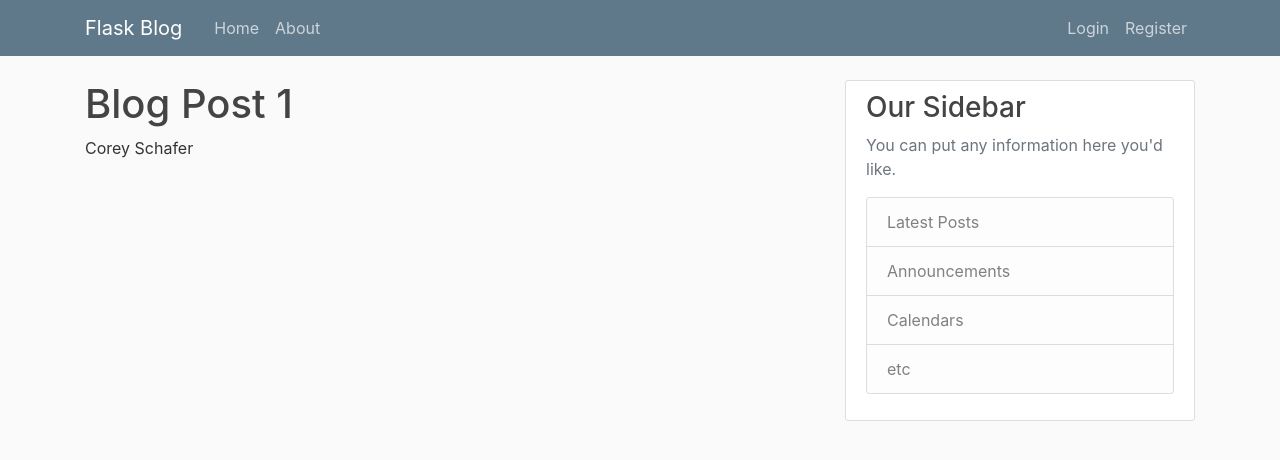
Repository: khanhdk0000/first_proj
Page: http://localhost/about?my_var=ecommerce
An editor plug-in stored every save of this project. The page is shown before and after the next save, followed by the edit.
The browser window is 1280 px wide. The pictures show the whole page.
Some web libraries are served in a nearby version. The page is served by the project's application, run on Flask 3 (flaskblog.py).

Above is the page before, as saved 2021-05-25 09:36:41.

### templates/about.html
{% extends "layout.html" %}
{% block content %}
        <h1>{{posts[0].title}}</h1>
        <p>{{ posts[0].author }}</p>
{% endblock content %}

### templates/layout.html
<!DOCTYPE html>
<html>
<head>
    <!-- Required meta tags -->
    <meta charset="utf-8">
    <meta name="viewport" content="width=device-width, initial-scale=1, shrink-to-fit=no">

    <!-- Bootstrap CSS -->
    <link rel="stylesheet" href="https://maxcdn.bootstrapcdn.com/bootstrap/4.0.0/css/bootstrap.min.css" integrity="sha384-Gn5384xqQ1aoWXA+058RXPxPg6fy4IWvTNh0E263XmFcJlSAwiGgFAW/dAiS6JXm" crossorigin="anonymous">

    <link rel="stylesheet" type="text/css" href="{{ url_for('static', filename='main.css') }}">

    {% if title %}
        <title>Flask Blog - {{ title }}</title>
    {% else %}
        <title>Flask Blog</title>
    {% endif %}
</head>
<body>
    <header class="site-header">
      <nav class="navbar navbar-expand-md navbar-dark bg-steel fixed-top">
        <div class="container">
          <a class="navbar-brand mr-4" href="/">Flask Blog</a>
          <button class="navbar-toggler" type="button" data-toggle="collapse" data-target="#navbarToggle" aria-controls="navbarToggle" aria-expanded="false" aria-label="Toggle navigation">
            <span class="navbar-toggler-icon"></span>
          </button>
          <div class="collapse navbar-collapse" id="navbarToggle">
            <div class="navbar-nav mr-auto">
              <a class="nav-item nav-link" href="/">Home</a>
              <a class="nav-item nav-link" href="/about">About</a>
            </div>
            <!-- Navbar Right Side -->
            <div class="navbar-nav">
              <a class="nav-item nav-link" href="/login">Login</a>
              <a class="nav-item nav-link" href="/register">Register</a>
            </div>
          </div>
        </div>
      </nav>
    </header>
    <main role="main" class="container">
      <div class="row">
        <div class="col-md-8">
          {% block content %}{% endblock %}
        </div>
        <div class="col-md-4">
          <div class="content-section">
            <h3>Our Sidebar</h3>
            <p class='text-muted'>You can put any information here you'd like.
              <ul class="list-group">
                <li class="list-group-item list-group-item-light">Latest Posts</li>
                <li class="list-group-item list-group-item-light">Announcements</li>
                <li class="list-group-item list-group-item-light">Calendars</li>
                <li class="list-group-item list-group-item-light">etc</li>
              </ul>
            </p>
          </div>
        </div>
      </div>
    </main>


    <!-- Optional JavaScript -->
    <!-- jQuery first, then Popper.js, then Bootstrap JS -->
    <script src="https://code.jquery.com/jquery-3.2.1.slim.min.js" integrity="sha384-KJ3o2DKtIkvYIK3UENzmM7KCkRr/rE9/Qpg6aAZGJwFDMVNA/GpGFF93hXpG5KkN" crossorigin="anonymous"></script>
    <script src="https://cdnjs.cloudflare.com/ajax/libs/popper.js/1.12.9/umd/popper.min.js" integrity="sha384-ApNbgh9B+Y1QKtv3Rn7W3mgPxhU9K/ScQsAP7hUibX39j7fakFPskvXusvfa0b4Q" crossorigin="anonymous"></script>
    <script src="https://maxcdn.bootstrapcdn.com/bootstrap/4.0.0/js/bootstrap.min.js" integrity="sha384-JZR6Spejh4U02d8jOt6vLEHfe/JQGiRRSQQxSfFWpi1MquVdAyjUar5+76PVCmYl" crossorigin="anonymous"></script>
</body>
</html>

### flaskblog.py
from flask import Flask, render_template, url_for
app = Flask(__name__)


posts = [
    {
        'author': 'Corey Schafer',
        'title': 'Blog Post 1',
        'content': 'First post content',
        'date_posted': 'April 20, 2018'
    },
    {
        'author': 'Jane Doe',
        'title': 'Blog Post 2',
        'content': 'Second post content',
        'date_posted': 'April 21, 2018'
    }
]

@app.route('/')
@app.route('/home')
def hello_world():
    return render_template('home.html', posts=posts, title='Hey')

@app.route('/about')
def about():
    return render_template('about.html', posts=posts)

if __name__ == '__main__':
    app.run(debug=True)

### static/main.css
body {
    background: #fafafa;
    color: #333333;
    margin-top: 5rem;
  }

  h1, h2, h3, h4, h5, h6 {
    color: #444444;
  }

  .bg-steel {
    background-color: #5f788a;
  }

  .site-header .navbar-nav .nav-link {
    color: #cbd5db;
  }

  .site-header .navbar-nav .nav-link:hover {
    color: #ffffff;
  }

  .site-header .navbar-nav .nav-link.active {
    font-weight: 500;
  }

  .content-section {
    background: #ffffff;
    padding: 10px 20px;
    border: 1px solid #dddddd;
    border-radius: 3px;
    margin-bottom: 20px;
  }

  .article-title {
    color: #444444;
  }

  a.article-title:hover {
    color: #428bca;
    text-decoration: none;
  }

  .article-content {
    white-space: pre-line;
  }

  .article-img {
    height: 65px;
    width: 65px;
    margin-right: 16px;
  }

  .article-metadata {
    padding-bottom: 1px;
    margin-bottom: 4px;
    border-bottom: 1px solid #e3e3e3
  }

  .article-metadata a:hover {
    color: #333;
    text-decoration: none;
  }

  .article-svg {
    width: 25px;
    height: 25px;
    vertical-align: middle;
  }

  .account-img {
    height: 125px;
    width: 125px;
    margin-right: 20px;
    margin-bottom: 16px;
  }

  .account-heading {
    font-size: 2.5rem;
  }

After the next save:
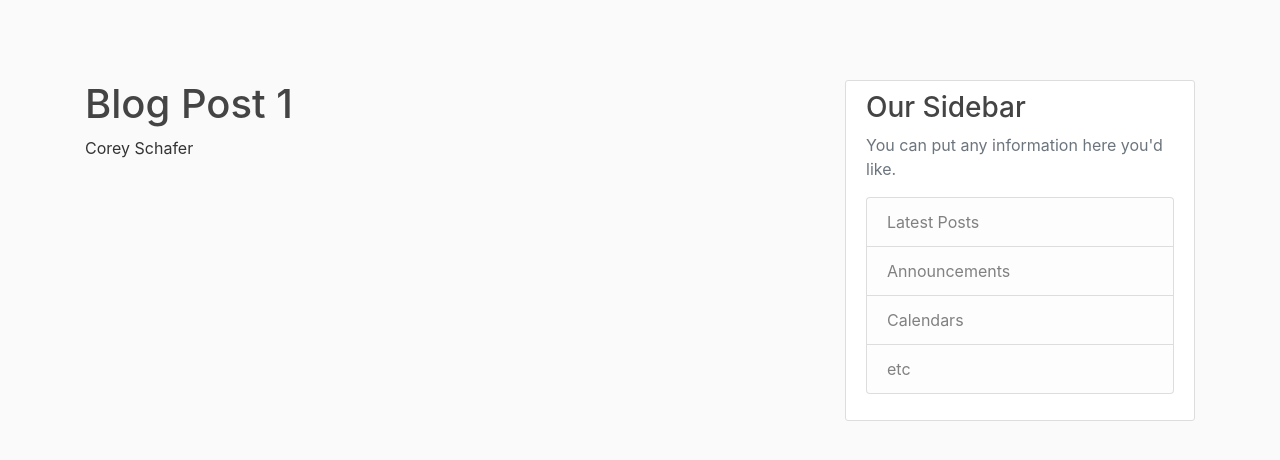
Saved 15 min 15 s later.
--- a/templates/layout.html
+++ b/templates/layout.html
@@ -17,27 +17,7 @@
     {% endif %}
 </head>
 <body>
-    <header class="site-header">
-      <nav class="navbar navbar-expand-md navbar-dark bg-steel fixed-top">
-        <div class="container">
-          <a class="navbar-brand mr-4" href="/">Flask Blog</a>
-          <button class="navbar-toggler" type="button" data-toggle="collapse" data-target="#navbarToggle" aria-controls="navbarToggle" aria-expanded="false" aria-label="Toggle navigation">
-            <span class="navbar-toggler-icon"></span>
-          </button>
-          <div class="collapse navbar-collapse" id="navbarToggle">
-            <div class="navbar-nav mr-auto">
-              <a class="nav-item nav-link" href="/">Home</a>
-              <a class="nav-item nav-link" href="/about">About</a>
-            </div>
-            <!-- Navbar Right Side -->
-            <div class="navbar-nav">
-              <a class="nav-item nav-link" href="/login">Login</a>
-              <a class="nav-item nav-link" href="/register">Register</a>
-            </div>
-          </div>
-        </div>
-      </nav>
-    </header>
+
     <main role="main" class="container">
       <div class="row">
         <div class="col-md-8">
